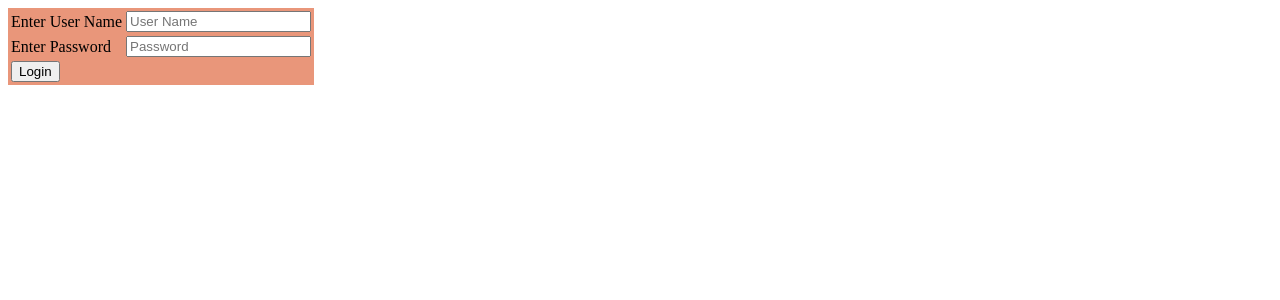
Repository: Pramila0526/LoginRegistrationUsingFilters
Page: http://localhost/LoginAndRegistration/login.jsp
The author's editor kept a copy of each file at every save. The page is drawn from the files as they stood at one save, then again after the next save.
The browser window is 1280 px wide. The pictures show the whole page.
The page is served by Tomcat 9.

Above is the page before, as saved 2019-12-27 04:57:13.

After the next save:
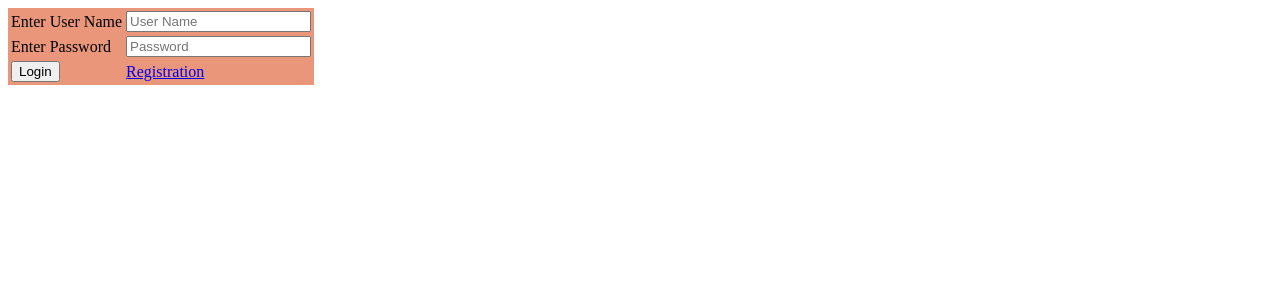
Saved 57 s later.
--- a/LoginAndRegistration/WebContent/login.jsp
+++ b/LoginAndRegistration/WebContent/login.jsp
@@ -20,6 +20,7 @@
 
 			<tr>
 				<td><input type="submit" name="Login" value="Login"></td>
+				<td><a href="register.jsp">Registration</a></td>
 			</tr>
 		</table>
 	</form>
